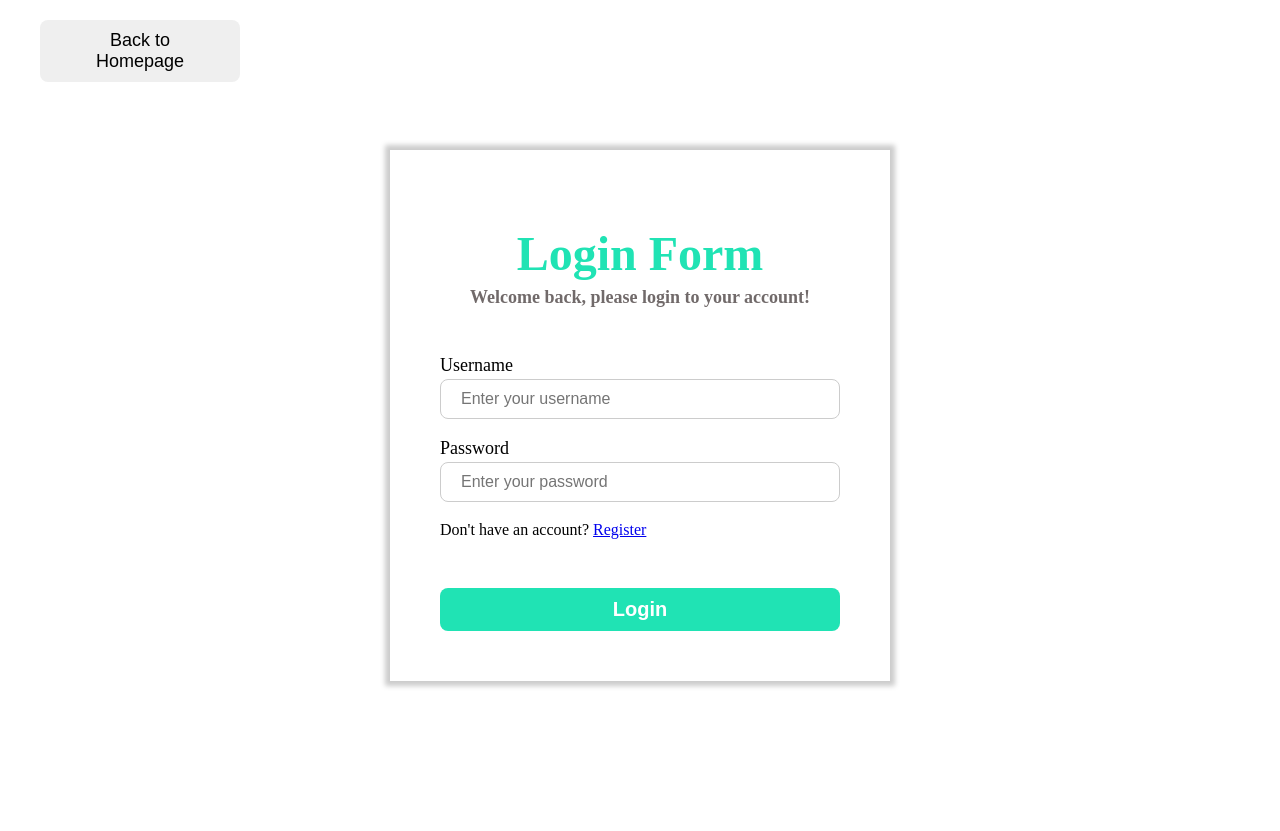
Repository: Trung0810/btl_cnpm_fe
Page: /
An editor plug-in stored every save of this project. The page is shown before and after the next save, followed by the edit.
The browser window is 1280 px wide. The pictures show the whole page.
The project was rebuilt for these pictures with package versions that can differ from the ones it lists, and the page was loaded fresh each time. Also part of the build but not shown: src/components/header/header.css, src/components/header/Header.js, src/components/footer/Footer.css, src/components/footer/Footer.js, src/components/shoes_list/ShoesCard.css, src/components/shoes_list/ShoesCard.js, src/components/shoes_list/ShoesList.css, src/components/shoes_list/ShoesList.js and 14 more.

Above is the page before, as saved 2026-03-31 10:13:05.

### public/index.html
<!doctype html>
<html lang="en">
  <head>
    <meta charset="utf-8" />
    <link rel="icon" href="%PUBLIC_URL%/favicon.ico" />
    <meta name="viewport" content="width=device-width, initial-scale=1" />
    <meta name="theme-color" content="#000000" />
    <meta
      name="description"
      content="Web site created using create-react-app"
    />
    <link rel="apple-touch-icon" href="%PUBLIC_URL%/logo192.png" />
    <!--
      manifest.json provides metadata used when your web app is installed on a
      user's mobile device or desktop. See https://developers.google.com/web/fundamentals/web-app-manifest/
    -->
    <link rel="manifest" href="%PUBLIC_URL%/manifest.json" />
    <!--
      Notice the use of %PUBLIC_URL% in the tags above.
      It will be replaced with the URL of the `public` folder during the build.
      Only files inside the `public` folder can be referenced from the HTML.

      Unlike "/favicon.ico" or "favicon.ico", "%PUBLIC_URL%/favicon.ico" will
      work correctly both with client-side routing and a non-root public URL.
      Learn how to configure a non-root public URL by running `npm run build`.
    -->
    <link rel="preconnect" href="https://fonts.googleapis.com" />
    <link rel="preconnect" href="https://fonts.gstatic.com" crossorigin />
    <link
      href="https://fonts.googleapis.com/css2?family=DM+Sans:ital,opsz,wght@0,9..40,100..1000;1,9..40,100..1000&family=Oswald:wght@200..700&display=swap"
      rel="stylesheet"
    />
    <title>React App</title>
  </head>
  <body>
    <noscript>You need to enable JavaScript to run this app.</noscript>
    <div id="root"></div>
    <!--
      This HTML file is a template.
      If you open it directly in the browser, you will see an empty page.

      You can add webfonts, meta tags, or analytics to this file.
      The build step will place the bundled scripts into the <body> tag.

      To begin the development, run `npm start` or `yarn start`.
      To create a production bundle, use `npm run build` or `yarn build`.
    -->
  </body>
</html>

### src/index.js
import React from "react";
import ReactDOM from "react-dom/client";
import App from "./App";
import reportWebVitals from "./reportWebVitals";
import "./index.css";
import "./reset.css";
import "@fortawesome/fontawesome-free/css/all.min.css";

const root = ReactDOM.createRoot(document.getElementById("root"));
root.render(
  <React.StrictMode>
    <App />
  </React.StrictMode>,
);

// If you want to start measuring performance in your app, pass a function
// to log results (for example: reportWebVitals(console.log))
// or send to an analytics endpoint. Learn more: https://bit.ly/CRA-vitals
reportWebVitals();

### src/App.js
import { Fragment } from "react";
import Header from "./components/header/Header";
import Footer from "./components/footer/Footer";
import HomePage from "./components/home_page/HomePage";
import ShoesPage from "./components/shoes_page/ShoesPage";
import LoginForm from "./components/login_form/LoginForm";
import "./App.css";
import LoginPage from "./components/login_page/LoginPage";

function App() {
  return (
    <Fragment>
      {/* <Header></Header>
      <HomePage></HomePage>
      <ShoesPage></ShoesPage>
      <Footer></Footer> */}
      <LoginPage></LoginPage>
    </Fragment>
  );
}

export default App;

### src/index.css
body {
  margin: 0;
  font-family:
    -apple-system, BlinkMacSystemFont, "Segoe UI", "Roboto", "Oxygen", "Ubuntu",
    "Cantarell", "Fira Sans", "Droid Sans", "Helvetica Neue", sans-serif;
  -webkit-font-smoothing: antialiased;
  -moz-osx-font-smoothing: grayscale;
  font-family: "DM Sans", sans-serif;
}
body::-webkit-scrollbar {
  display: none;
}
code {
  font-family:
    source-code-pro, Menlo, Monaco, Consolas, "Courier New", monospace;
}
* {
  box-sizing: border-box;
}

### src/components/login_form/LoginForm.js
import React from "react";
import { useForm } from "react-hook-form";
import { yupResolver } from "@hookform/resolvers/yup";
import * as yup from "yup";
import "./LoginForm.css";

const LoginForm = () => {
  const schema = yup.object({
    username: yup
      .string()
      .required("Please enter your username!")
      .min(8, "Must be at least 8 characters!")
      .max(16, "Must be at most 16 characters!"),
    password: yup.string().required("Please enter your password!"),
  });

  const {
    register,
    handleSubmit,
    formState: { errors, isValid },
  } = useForm({
    mode: "onChange",
    resolver: yupResolver(schema),
  });

  const submit = (values) => {
    console.log(values);
  };

  return (
    <form className="login-form" onSubmit={handleSubmit(submit)}>
      <h2 className="login-form-title">Login Form</h2>
      <h3 className="login-form-desc">
        Welcome back, please login to your account!
      </h3>
      <div className="login-form-wrapper">
        <label htmlFor="username">Username</label>
        <input
          type="text"
          id="username"
          className="login-form-input"
          placeholder="Enter your username"
          {...register("username")}
        />
        {errors.username && (
          <div className="login-form-error">{errors.username.message}</div>
        )}
      </div>
      <div className="login-form-wrapper">
        <label htmlFor="password">Password</label>
        <input
          type="text"
          id="password"
          className="login-form-input"
          placeholder="Enter your password"
          {...register("password")}
        />
        {errors.password && (
          <div className="login-form-error">{errors.password.message}</div>
        )}
      </div>
      <div className="login-form-option">
        <p>
          Don't have an account? <a href="#">Register</a>
        </p>
      </div>
      <button
        type="submit"
        className="login-form-button"
        style={{ pointerEvents: isValid ? "" : "none" }}
      >
        Login
      </button>
    </form>
  );
};

export default LoginForm;

### src/App.css
input {
  display: block;
  font-size: 16px;
  font-weight: 500;
  padding: 10px 20px;
  border: 1px solid #ccc;
  border-radius: 8px;
  outline: none;
}
button {
  display: block;
  width: 200px;
  padding: 10px 30px;
  font-size: 18px;
  font-weight: 500;
  border-radius: 8px;
  border: none;
  outline: none;
  cursor: pointer;
}

### src/components/login_page/LoginPage.js
import React, { Fragment } from "react";
import LoginForm from "../login_form/LoginForm";

const LoginPage = () => {
  return (
    <Fragment>
      <button style={{ position: "absolute", top: "20px", left: "40px" }}>
        Back to Homepage
      </button>
      <LoginForm></LoginForm>
    </Fragment>
  );
};

export default LoginPage;

### src/components/login_form/LoginForm.css
.login-form {
  width: 500px;
  padding: 80px 50px 50px;
  margin: 150px auto;
  box-shadow: 0 0 5px 5px #ccc;
}
.login-form-title {
  font-size: 48px;
  font-weight: bold;
  color: #20e3b4;
  text-align: center;
  margin-bottom: 10px;
}
.login-form-desc {
  font-size: 18px;
  font-weight: bold;
  color: #716a6a;
  text-align: center;
  margin-bottom: 50px;
}
.login-form-wrapper {
  display: flex;
  flex-direction: column;
  row-gap: 5px;
  margin-bottom: 20px;
}
.login-form-wrapper label {
  font-size: 18px;
  font-weight: 500;
}
.login-form-input {
  width: 100%;
}
.login-form-error {
  font-weight: 500;
  color: #de4242;
}
.login-form-option {
  font-size: 16px;
}
.login-form-button {
  width: 100%;
  background-color: #20e3b4;
  font-size: 20px;
  font-weight: bold;
  color: #fff;
  margin-top: 50px;
}

Loaded but not shown: src/reportWebVitals.js (common file); src/reset.css (common file)

After the next save:
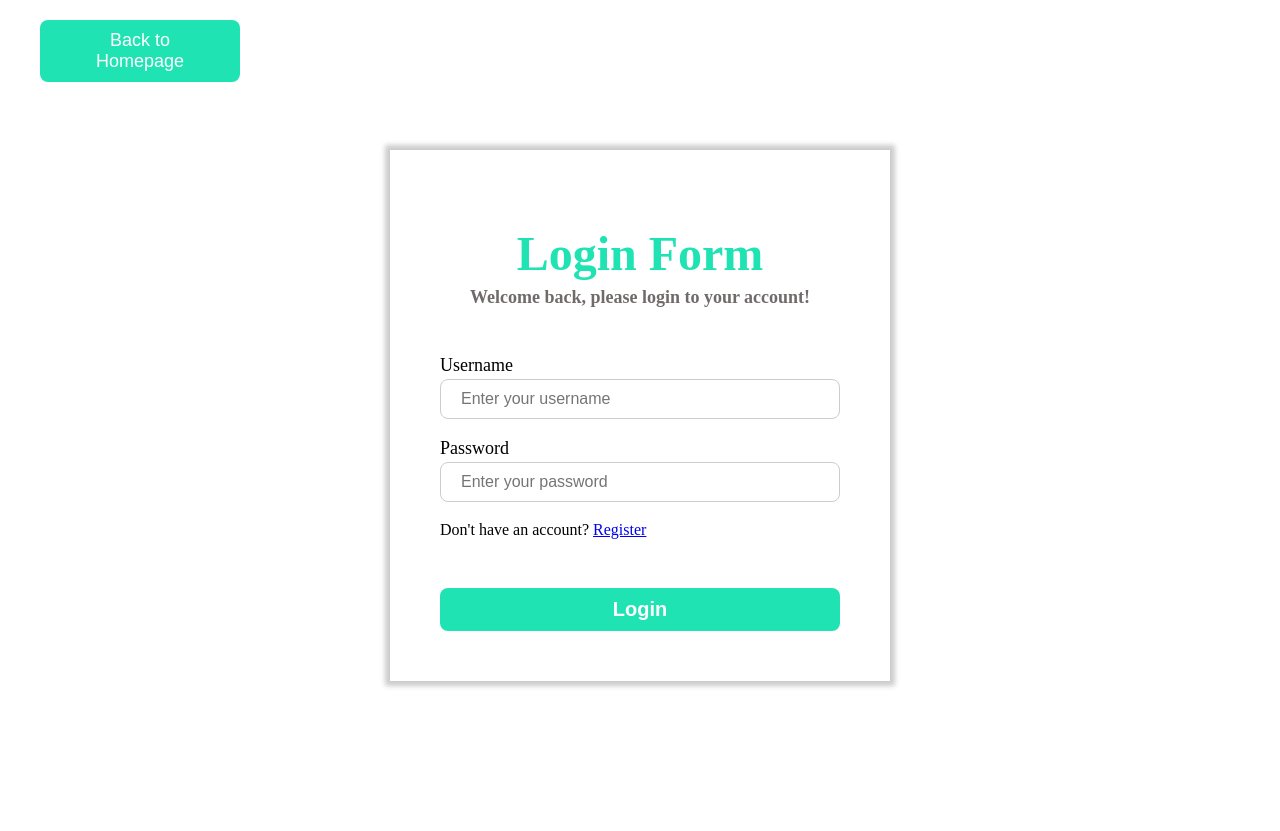
Saved 54 s later.
--- a/src/components/login_page/LoginPage.js
+++ b/src/components/login_page/LoginPage.js
@@ -4,7 +4,15 @@
 const LoginPage = () => {
   return (
     <Fragment>
-      <button style={{ position: "absolute", top: "20px", left: "40px" }}>
+      <button
+        style={{
+          backgroundColor: "#20e3b4",
+          color: "#fff",
+          position: "absolute",
+          top: "20px",
+          left: "40px",
+        }}
+      >
         Back to Homepage
       </button>
       <LoginForm></LoginForm>

After the save that followed:
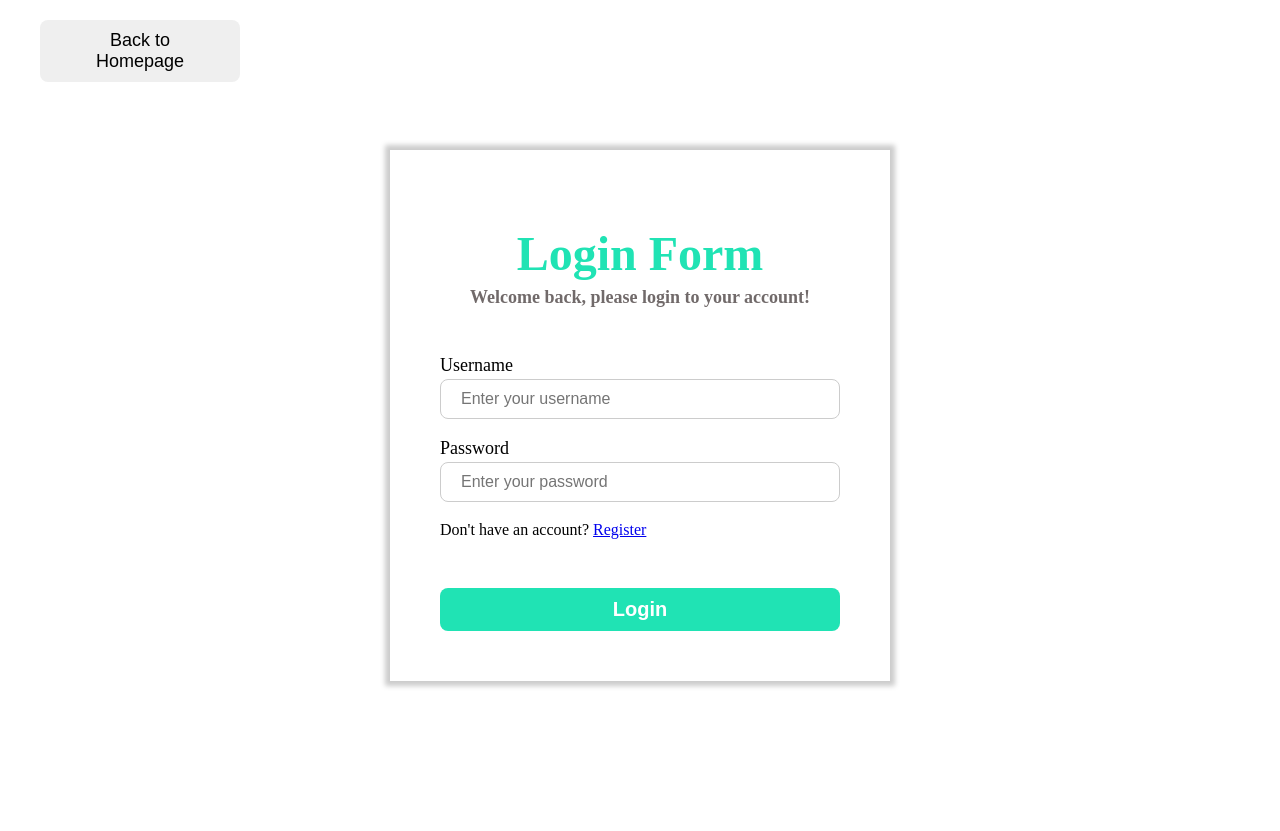
Saved 14 s later.
--- a/src/components/login_page/LoginPage.js
+++ b/src/components/login_page/LoginPage.js
@@ -6,8 +6,6 @@
     <Fragment>
       <button
         style={{
-          backgroundColor: "#20e3b4",
-          color: "#fff",
           position: "absolute",
           top: "20px",
           left: "40px",
